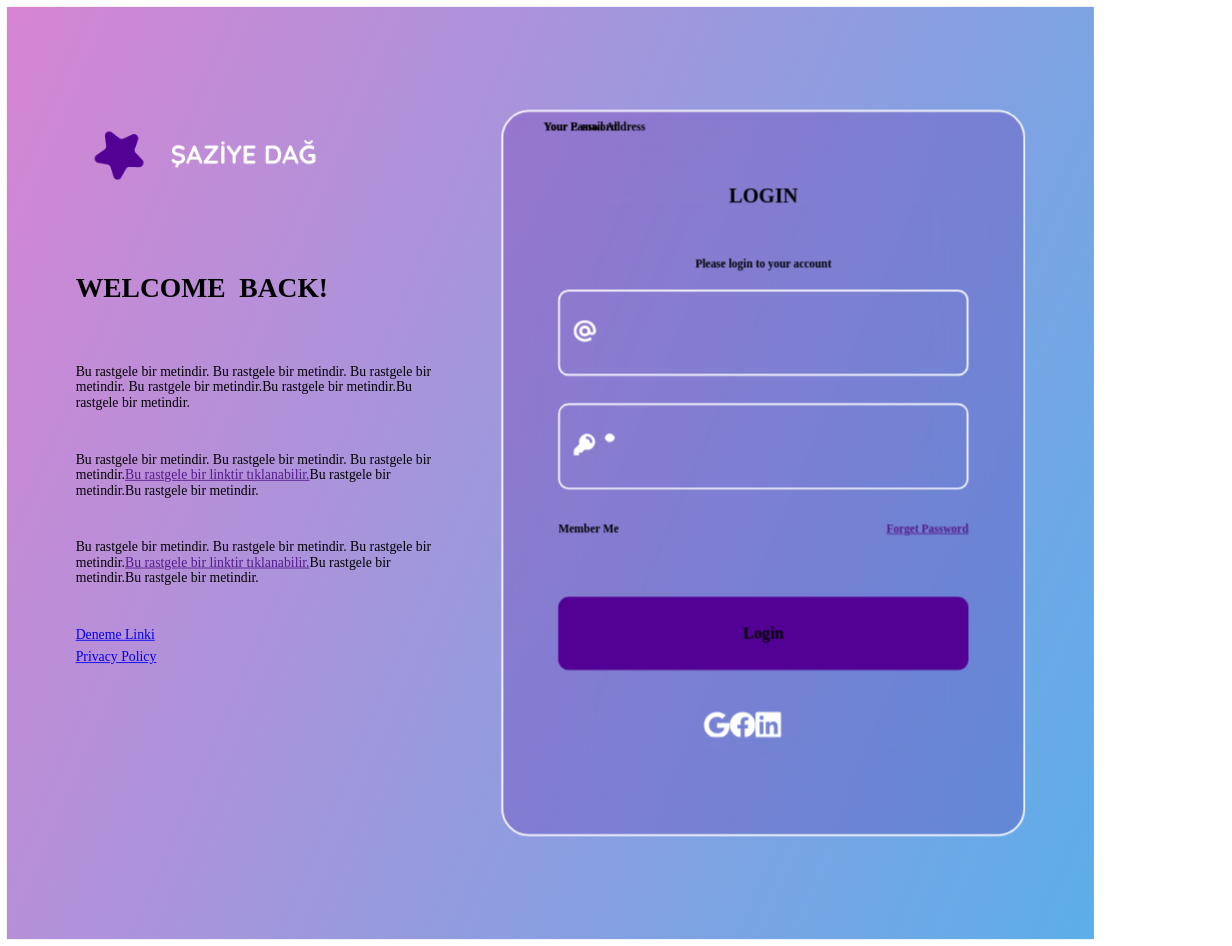
Repository: szydag/login
Page: /
An editor plug-in stored every save of this project. The page is shown before and after the next save, followed by the edit.
The browser window is 1280 px wide. The page is 1280 px wide, then 1432 px, so the pictures cover 1432 px, including what lies to the right of the window. The pictures show the whole page, at 86% of full size.
The project was rebuilt for these pictures with package versions that can differ from the ones it lists, and the page was loaded fresh each time. Also part of the build but not shown: src/assets/svgr/unhiddenIcon/index.js.

Above is the page before, as saved 2023-10-22 20:23:28.

### src/index.js
import React from 'react';
import ReactDOM from 'react-dom/client';
import App from './app/index';
import {
    BrowserRouter
} from "react-router-dom";

const root = ReactDOM.createRoot(document.getElementById('root'));
root.render(
    <BrowserRouter>
        <App />
    </BrowserRouter>
);

### src/app/index.js
import LoginPage from "./pages/login";
import useStyles from "./style";

const App = () => {
    useStyles();
    return <div>
        <LoginPage />
    </div>

};

export default App;

### src/app/pages/login/index.js
import React, { useEffect } from 'react'
import useStyles from './style';
import logo from './../../../assets/logo.png'
import MailIcon from './../../../assets/svgr/mailIcon/index.js'
import PasswordIcon from './../../../assets/svgr/passwordIcon/index.js'
import HiddenIcon from './../../../assets/svgr/hiddenIcon/index.js'
import UnhiddenIcon from './../../../assets/svgr/unhiddenIcon/index.js'
import GoogleIcon from './../../../assets/svgr/googleIcon/index.js'
import FacebookIcon from './../../../assets/svgr/facebookIcon/index.js'
import LinkedInIcon from './../../../assets/svgr/linkedInIcon/index.js'
const LoginPage = () => {

    const classes = useStyles();
    return <div
        className={classes.loginPage}
    >
        <div
            className={classes.promotionTexts}
        >
            <div
                className={classes.logo}
            >
                <img
                    src={logo}
                    alt=""
                />
            </div>
            <div
                className={classes.mainContent}
            >
                <div
                    className={classes.title}
                >
                    <h1>WELCOME</h1>
                    <h1>BACK!</h1>
                </div>
                <div
                    className={classes.contentText}
                >
                    <p>
                        Bu rastgele bir metindir. Bu rastgele bir metindir. Bu rastgele bir metindir. Bu rastgele bir metindir.Bu rastgele bir metindir.Bu rastgele bir metindir.
                    </p>
                    <p>
                        Bu rastgele bir metindir. Bu rastgele bir metindir. Bu rastgele bir metindir.
                        <a
                            href=""
                        >
                            Bu rastgele bir linktir tıklanabilir.
                        </a>
                        Bu rastgele bir metindir.Bu rastgele bir metindir.
                    </p>
                    <p>
                        Bu rastgele bir metindir. Bu rastgele bir metindir. Bu rastgele bir metindir.
                        <a
                            href=""
                        >
                            Bu rastgele bir linktir tıklanabilir.
                        </a>
                        Bu rastgele bir metindir.Bu rastgele bir metindir.
                    </p>
                </div>
                <div
                    className={classes.links}
                >
                    <a
                        href="

                    ">
                        Deneme Linki
                    </a>
                    <a
                        href="

                    ">
                        Privacy Policy
                    </a>
                </div>

            </div>
        </div>
        <div
            className={classes.loginArea}
        >
            <div
                className={classes.header}
            >
                <h2>LOGIN</h2>
                <h5>Please login to your account</h5>
            </div>
            <div
                className={classes.container}
            >
                <div
                    className={classes.loginMainContent}
                >
                    <div
                        className={classes.inputArea}
                    >
                        <div
                            className={classes.mailInput}
                        >
                            <div
                                className={classes.content}
                            >
                                <MailIcon
                                    color='#ffffff'
                                    size={30}
                                ></MailIcon>

                            </div>
                            <div
                                className={classes.inputTitle}
                            >
                                <h5>Your E-mail  Address</h5>
                            </div>
                        </div>
                        <div
                            className={classes.passwordInput}
                        >
                            <div
                                className={classes.content}
                            >
                                <PasswordIcon
                                    color='#ffffff'
                                    size={30}
                                >
                                </PasswordIcon>
                                <HiddenIcon
                                    color='#ffffff'
                                    size={30}
                                >

                                </HiddenIcon>
                            </div>
                            <div
                                className={classes.inputTitle}
                            >
                                <h5>Your Password</h5>
                            </div>

                        </div>
                    </div>
                    <div
                        className={classes.passwordSettingsArea}
                    >
                        <div
                            className={classes.memberMeArea}
                        >
                            <h5>Member Me</h5>
                        </div>
                        <h5>
                            <a href="">
                                Forget Password
                            </a>
                        </h5>
                    </div>
                </div>
                <div
                    className={classes.loginButton}
                >
                    <h3>Login</h3>
                </div>
            </div>
            <div
                className={classes.accountSettings}
            >
                <div
                    className={classes.accountSettingsTitle}
                >

                </div>
                <div
                    className={classes.socialMediaIcons}
                >
                    <GoogleIcon
                        color='#ffffff'
                        size={30}
                    >
                    </GoogleIcon>
                    <FacebookIcon
                        color='#ffffff'
                        size={30}
                    >
                    </FacebookIcon>
                    <LinkedInIcon
                        color='#ffffff'
                        size={30}
                    >
                    </LinkedInIcon>
                </div>
                <div
                    className={classes.newAccountArea}
                >

                </div>
            </div>
        </div>
    </div>
}

export default LoginPage;

### src/app/style.js
import { createUseStyles } from "react-jss";

const useStyles = createUseStyles({
    loginPage: {
    },
})
export default useStyles;

### src/app/pages/login/style.js

import { createUseStyles } from "react-jss";

const useStyles = createUseStyles({
    loginPage: {
        display: 'flex',
        padding: '120px 80px',
        alignItems: 'flex-start',
        gap: '80px',
        background: 'linear-gradient(113deg, #B9A675 0%, #D685D3 0%, #5CAEE9 100%)',
    },
    promotionTexts: {
        display: 'flex',
        flexDirection: 'column',
        alignItems: 'flex-start',
        gap: '64px',
        flex: '1 0 0',
        alignSelf: 'stretch',
    },
    logo: {
        display: 'flex',
        alignItems: 'center',
        gap: '8px',
    },
    mainContent: {
        display: 'flex',
        flexDirection: 'column',
        justifyContent: ' center',
        alignItems: 'flex-start',
        gap: '32px',
        alignSelf: 'stretch',
    },
    title: {
        display: 'flex',
        alignItems: 'flex-start',
        gap: '16px',
    },
    contentText: {
        display: 'flex',
        flexDirection: 'column',
        alignItems: 'flex - start',
        gap: '16px',
        alignSelf: 'stretch',
    },
    links: {
        display: 'flex',
        flexDirection: 'column',
        alignItems: 'flex-start',
        gap: '8px',
    },
    loginArea: {
        display: 'flex',
        padding: '64px',
        flexDirection: 'column',
        justifyContent: 'center',
        alignItems: 'center',
        alignSelf: 'stretch',
        borderRadius: '32px',
        border: '2px solid #FFF',
        background: 'rgba(83, 0, 148, 0.20)',
        backdropFilter: 'blur(45px)',
    },
    header: {
        display: 'flex',
        flexDirection: 'column',
        alignItems: 'center',
        gap: '16px',
    },
    container: {
        display: 'flex',
        flexDirection: 'column',
        alignItems: 'flex-start',
        gap: '48px',
        alignSelf: 'stretch',
    },
    loginMainContent: {
        display: 'flex',
        flexDirection: 'column',
        justifyContent: 'center',
        alignItems: 'center',
        gap: '16px',
        alignSelf: 'stretch',
    },
    inputArea: {
        display: 'flex',
        flexDirection: 'column',
        alignItems: 'flex-start',
        gap: '32px',
        alignSelf: 'stretch',
    },
    mailInput: {
        display: 'flex',
        height: '64px',
        padding: '16px',
        flexDirection: 'column',
        justifyContent: 'center',
        alignItems: 'flex-start',
        gap: '437px',
        alignSelf: 'stretch',
        borderRadius: '12px',
        border: '2px solid #FFF',
    },
    content: {
        display: 'flex',
        justifyContent: 'center',
        alignItems: 'center',
        gap: '6px',
    },
    inputTitle: {
        display: 'flex',
        padding: '0px 10px',
        alignItems: 'center',
        gap: '10px',
        position: 'absolute',
        left: '37px',
        top: '-12px',
    },
    passwordInput: {
        display: 'flex',
        height: '64px',
        padding: '16px',
        justifyContent: 'space-between',
        alignItems: 'center',
        alignSelf: 'stretch',
        borderRadius: '12px',
        border: '2px solid #FFF',
    },
    passwordSettingsArea: {
        display: 'flex',
        justifyContent: 'space-between',
        alignItems: 'flex-start',
        alignSelf: 'stretch',
    },
    memberMeArea: {
        display: 'flex',
        alignItems: 'center',
        gap: '16px',
    },
    loginButton: {
        display: 'flex',
        padding: '13px 215px',
        justifyContent: 'center',
        alignItems: 'center',
        gap: '10px',
        alignSelf: 'stretch',
        borderRadius: '12px',
        background: '#530094',
    },
    accountSettings: {
        display: 'flex',
        flexDirection: 'column',
        alignItems: 'center',
        gap: '48px',
    },
    accountSettingsTitle: {
        display: 'flex',
        justifyContent: 'center',
        alignItems: 'center',
        gap: '8px',
    },
    socialMediaIcons: {
        width: '140px',
        height: '31.492px',
    },
    newAccountArea: {
        display: 'flex',
        justifyContent: 'center',
        alignItems: 'flex-start',
        gap: '16px',
    },
})
export default useStyles;

### src/assets/svgr/mailIcon/index.js
import * as React from "react"
const MailIcon = ({
    color = "#ffffff",
    size = 30,
    ...props
}) => {
    const pathScale = 30 / size;
    return <svg
        xmlns="http://www.w3.org/2000/svg"
        width={size}
        height={size}
        fill="none"
        {...props}
    >
        <path
            fill={color}
            transform={`scale(${1 / 1})`}
            d="M19.894 6.125c-3.807-3.661-9.98-3.661-13.788 0s-3.808 9.597 0 13.258c3.31 3.183 8.41 3.6 12.187 1.248.753-.47 1.759-.263 2.247.461.488.725.273 1.692-.48 2.161-5.038 3.138-11.837 2.586-16.252-1.66-5.077-4.881-5.077-12.796 0-17.678 5.076-4.881 13.308-4.881 18.384 0C24.73 6.355 26 9.558 26 12.755c0 2.588-2.183 4.687-4.875 4.687a4.982 4.982 0 0 1-2.925-.937c-1.186 1.517-3.074 2.5-5.2 2.5-3.59 0-6.5-2.799-6.5-6.25 0-3.453 2.91-6.25 6.5-6.25s6.5 2.797 6.5 6.25c0 .862.727 1.562 1.625 1.562s1.625-.7 1.625-1.563c0-2.402-.952-4.798-2.856-6.629Zm-3.644 6.63c0-1.727-1.455-3.126-3.25-3.126s-3.25 1.4-3.25 3.125c0 1.726 1.455 3.125 3.25 3.125s3.25-1.399 3.25-3.125Z"
        />
    </svg>
}
export default MailIcon

### src/assets/svgr/passwordIcon/index.js
import * as React from "react"
const PasswordIcon = ({
    color = "#ffffff",
    size = 30,
    ...props
}) => {
    const pathScale = 30 / size;
    return <svg
        xmlns="http://www.w3.org/2000/svg"
        width={size}
        height={size}
        fill="none"
        {...props}
    >
        <path
            fill={color}
            transform={`scale(${1 / 1})`}
            d="M25 9.63a9.375 9.375 0 0 1-12.098 8.972L9.375 22.13H6.25v3.125H0v-6.25l6.652-6.652A9.375 9.375 0 1 1 25 9.63Zm-9.375-6.25a1.563 1.563 0 0 0 0 3.124c1.726 0 3.125 1.4 3.125 3.125a1.563 1.563 0 0 0 3.125 0 6.25 6.25 0 0 0-6.25-6.25Z"
        />
    </svg>
}
export default PasswordIcon

### src/assets/svgr/hiddenIcon/index.js
import * as React from "react"
const HiddenIcon = ({
    color = "#ffffff",
    size = 30,
    ...props
}) => {
    const pathScale = 30 / size;
    return <svg
        xmlns="http://www.w3.org/2000/svg"
        width={size}
        height={size}
        fill="none"
        {...props}
    >
        <path
            fill={color}
            transform={`scale(${1 / 1})`}
            d="M0 5.03C.801 2.115 3.185 0 6 0s5.199 2.115 6 5.03c-.801 2.915-3.185 5.03-6 5.03S.801 7.945 0 5.03Zm8.515 0C8.515 6.617 7.39 7.904 6 7.904c-1.39 0-2.515-1.287-2.515-2.874C3.485 3.443 4.61 2.156 6 2.156c1.39 0 2.515 1.287 2.515 2.874Z"
        />
    </svg>
}
export default HiddenIcon

### src/assets/svgr/googleIcon/index.js
import * as React from "react"
const GoogleIcon = ({
    color = "#ffffff",
    size = 30,
    ...props
}) => {
    const pathScale = 30 / size;
    return <svg
        xmlns="http://www.w3.org/2000/svg"
        width={size}
        height={size}
        fill="none"
        {...props}
    >
        <path
            fill={color}
            transform={`scale(${1 / 1})`}
            d="M30.5 16.357c0 8.698-5.957 14.889-14.754 14.889A15.228 15.228 0 0 1 .5 16 15.228 15.228 0 0 1 15.746.754c4.106 0 7.561 1.506 10.223 3.99l-4.15 3.99C16.392 3.496 6.298 7.43 6.298 16c0 5.318 4.248 9.627 9.449 9.627 6.037 0 8.3-4.328 8.656-6.572h-8.656v-5.243H30.26c.142.78.24 1.53.24 2.545Z"
        />
    </svg>
}
export default GoogleIcon

### src/assets/svgr/facebookIcon/index.js
import * as React from "react"
const FacebookIcon = ({
    color = "#ffffff",
    size = 30,
    ...props
}) => {
    const pathScale = 30 / size;
    return <svg
        xmlns="http://www.w3.org/2000/svg"
        width={size}
        height={size}
        fill="none"
        {...props}
    >
        <path
            fill={color}
            transform={`scale(${1 / 1})`}
            d="M30.5 15.754c0-8.286-6.714-15-15-15s-15 6.714-15 15c0 7.487 5.485 13.692 12.656 14.819V20.09h-3.81v-4.336h3.81V12.45c0-3.759 2.238-5.835 5.666-5.835 1.641 0 3.358.293 3.358.293v3.689h-1.892c-1.863 0-2.444 1.156-2.444 2.343v2.815h4.16l-.666 4.336h-3.494v10.483C25.014 29.446 30.5 23.24 30.5 15.754Z"
        />
    </svg>
}
export default FacebookIcon

### src/assets/svgr/linkedInIcon/index.js
import * as React from "react"
const LinkedInIcon = ({
    color = "#ffffff",
    size = 30,
    ...props
}) => {
    const pathScale = 30 / size;
    return <svg
        xmlns="http://www.w3.org/2000/svg"
        width={size}
        height={size}
        fill="none"
        {...props}
    >
        <path
            fill={color}
            transform={`scale(${1 / 1})`}
            d="M28.357.754H2.637C1.456.754.5 1.725.5 2.917v25.674c0 1.192.958 2.163 2.136 2.163h25.721c1.179 0 2.143-.97 2.143-2.163V2.917c0-1.192-.964-2.163-2.143-2.163ZM9.567 26.468H5.121V12.151h4.453v14.317h-.007ZM7.344 10.196a2.58 2.58 0 0 1 0-5.156 2.584 2.584 0 0 1 2.578 2.578 2.575 2.575 0 0 1-2.578 2.578Zm18.89 16.272h-4.446v-6.964c0-1.66-.034-3.797-2.31-3.797-2.317 0-2.672 1.808-2.672 3.677v7.084h-4.447V12.151h4.266v1.956h.06c.596-1.125 2.05-2.31 4.212-2.31 4.5 0 5.337 2.966 5.337 6.823v7.848Z"
        />
    </svg>
}
export default LinkedInIcon

Loaded but not shown: public/index.html (common file)

After the next save:
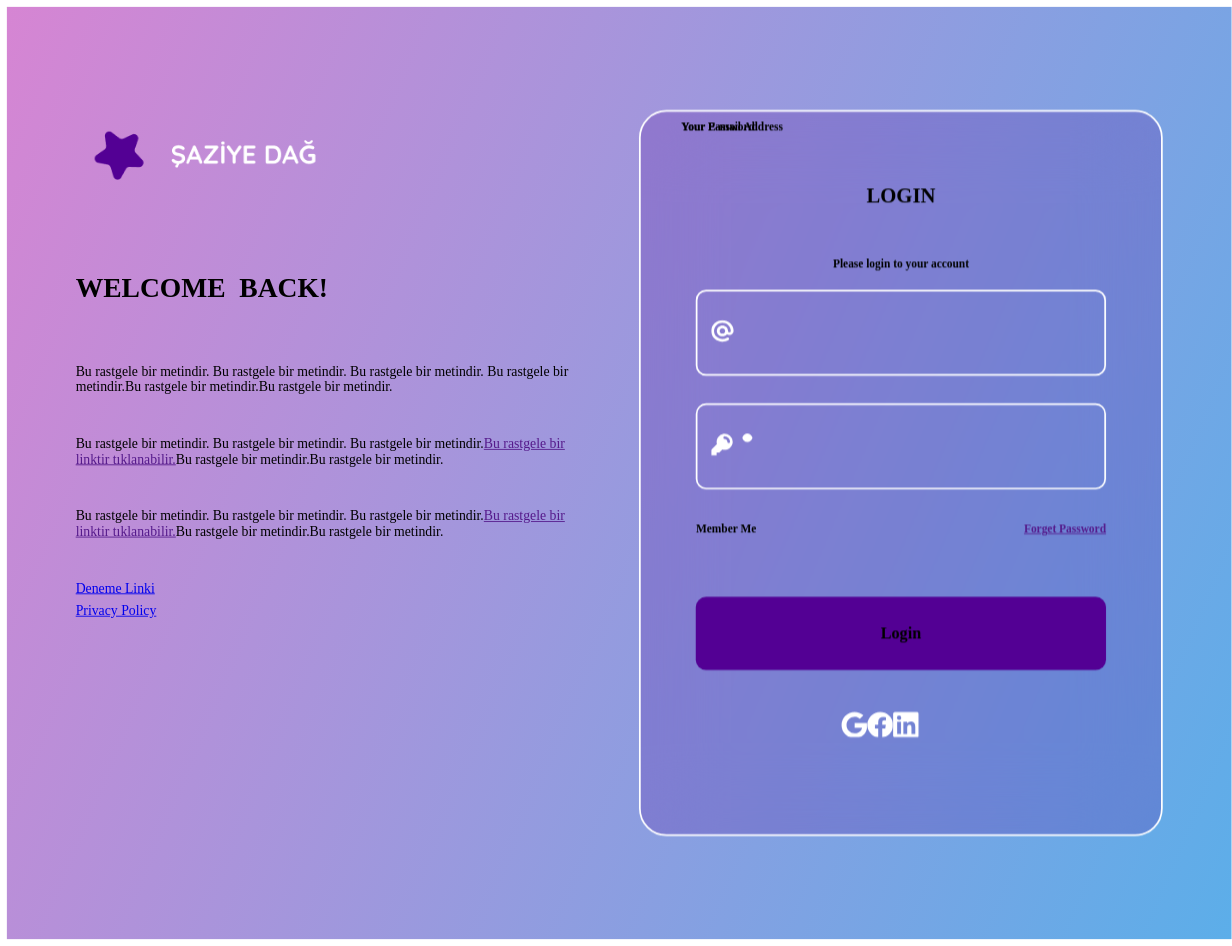
Saved 2 h 25 min later.
--- a/src/app/pages/login/style.js
+++ b/src/app/pages/login/style.js
@@ -5,6 +5,8 @@ const useStyles = createUseStyles({
     loginPage: {
         display: 'flex',
         padding: '120px 80px',
+        width: '100%',
+        height: '100%',
         alignItems: 'flex-start',
         gap: '80px',
         background: 'linear-gradient(113deg, #B9A675 0%, #D685D3 0%, #5CAEE9 100%)',
